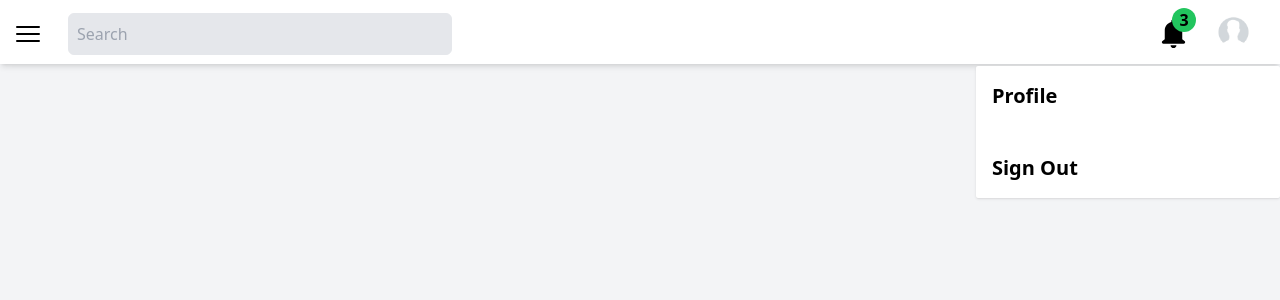
Repository: IssaMuiz/ifarmstock-admin
Page: /api/reset-password
These files come from the project's save history. The page is drawn as it stood at one moment and after the next save; the edit follows.
The browser window is 1280 px wide. The pictures show the whole page.
The page's requests for data from a server got no answer. The project was rebuilt for these pictures with package versions that can differ from the ones it lists, and the page was loaded fresh each time. The framework's server and built-in components were replaced by stand-ins that run in the browser. No one was signed in, and anything a server would have sent is missing. Also part of the build but not shown: next.config.mjs.

Above is the page before, as saved 2024-10-08 15:22:31.

After the next save:
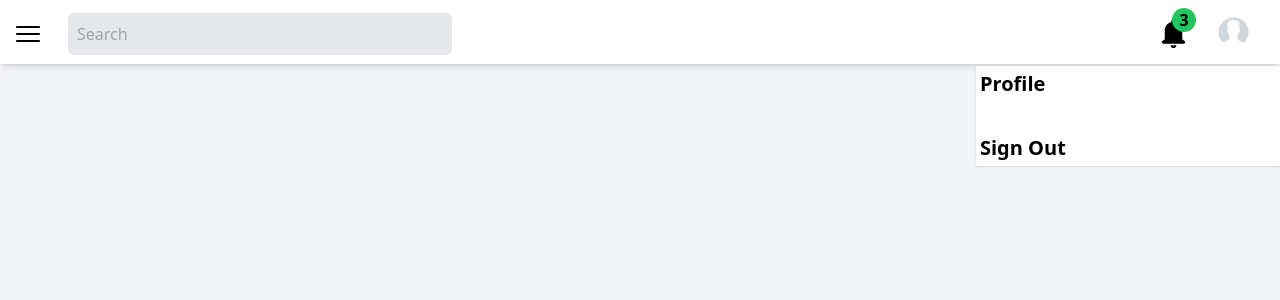
Saved 46 s later.
--- a/components/navbar.tsx
+++ b/components/navbar.tsx
@@ -68,10 +68,10 @@
                 <p>{session?.user?.email}</p>
               </div>
             </div>
-            <div className="bg-white shadow top-14 -right-2 absolute w-60 md:w-[19rem] text-xl font-semibold rounded-sm p-2">
+            <div className="bg-white shadow top-14 -right-2 absolute w-60 md:w-[19rem] text-xl font-semibold rounded-sm ">
               <div className="flex flex-col gap-7">
-                <p className="hover:bg-gray-300 cursor-pointer p-2">Profile</p>
-                <p className="hover:bg-gray-300 cursor-pointer p-2">Sign Out</p>
+                <p className="hover:bg-gray-300 cursor-pointer p-1">Profile</p>
+                <p className="hover:bg-gray-300 cursor-pointer p-1">Sign Out</p>
               </div>
             </div>
           </div>

After the save that followed:
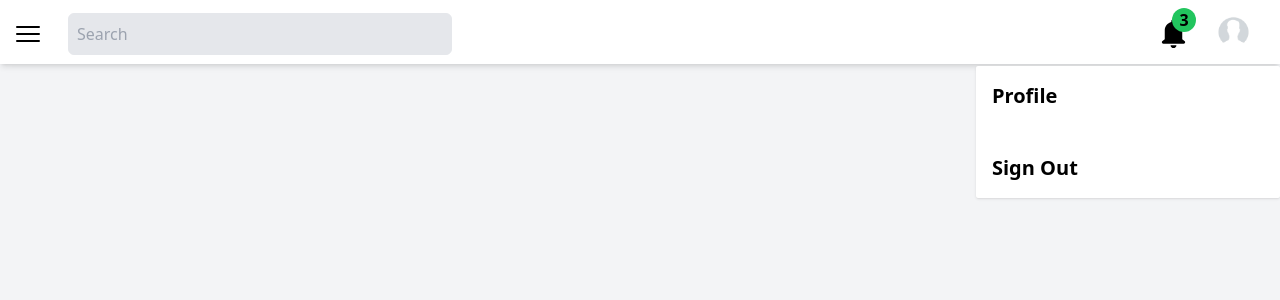
Saved 22 s later.
--- a/components/navbar.tsx
+++ b/components/navbar.tsx
@@ -69,9 +69,9 @@
               </div>
             </div>
             <div className="bg-white shadow top-14 -right-2 absolute w-60 md:w-[19rem] text-xl font-semibold rounded-sm ">
-              <div className="flex flex-col gap-7">
-                <p className="hover:bg-gray-300 cursor-pointer p-1">Profile</p>
-                <p className="hover:bg-gray-300 cursor-pointer p-1">Sign Out</p>
+              <div className="flex flex-col gap-7 p-2">
+                <p className="hover:bg-gray-300 cursor-pointer p-2">Profile</p>
+                <p className="hover:bg-gray-300 cursor-pointer p-2">Sign Out</p>
               </div>
             </div>
           </div>
